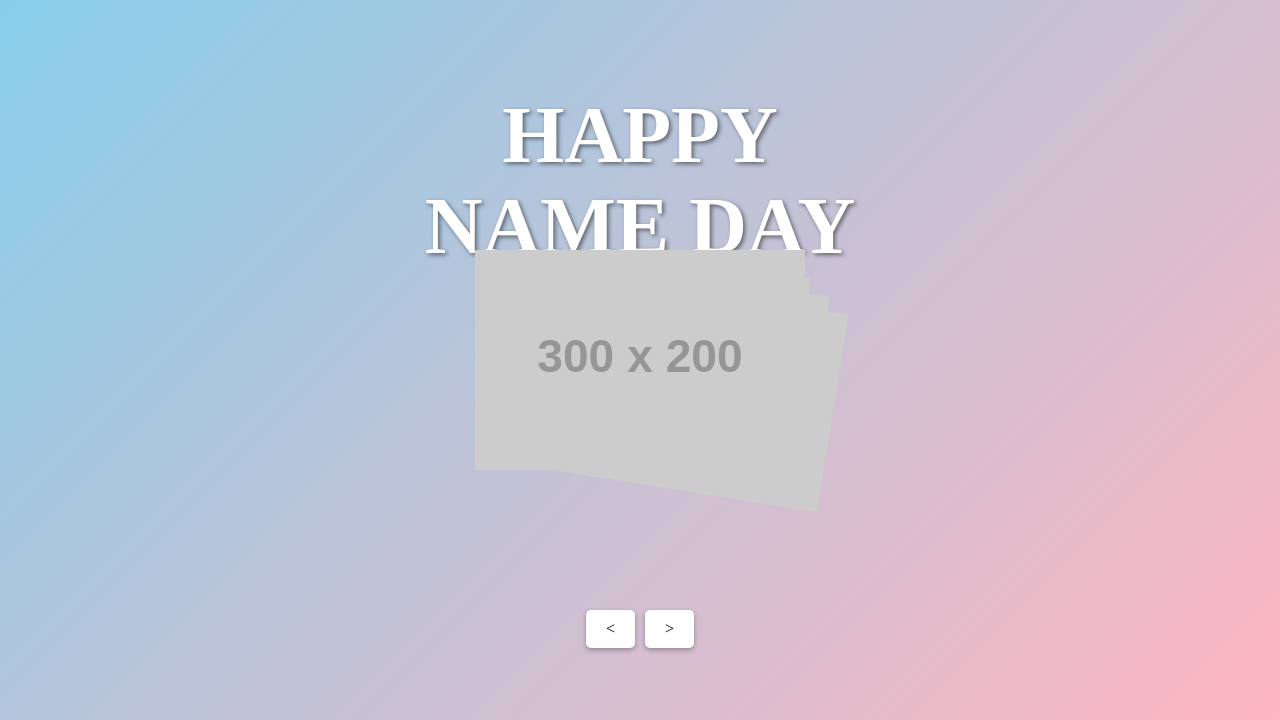
Repository: naps00/BIRTHDAY
Page: /details
The author's editor kept a copy of each file at every save. The page is drawn from the files as they stood at one save, then again after the next save.
The browser window is 1280 px wide. The pictures show the whole page.
The project was rebuilt for these pictures with package versions that can differ from the ones it lists, and the page was loaded fresh each time.

Above is the page before, as saved 2024-12-12 17:08:27.

After the next save:
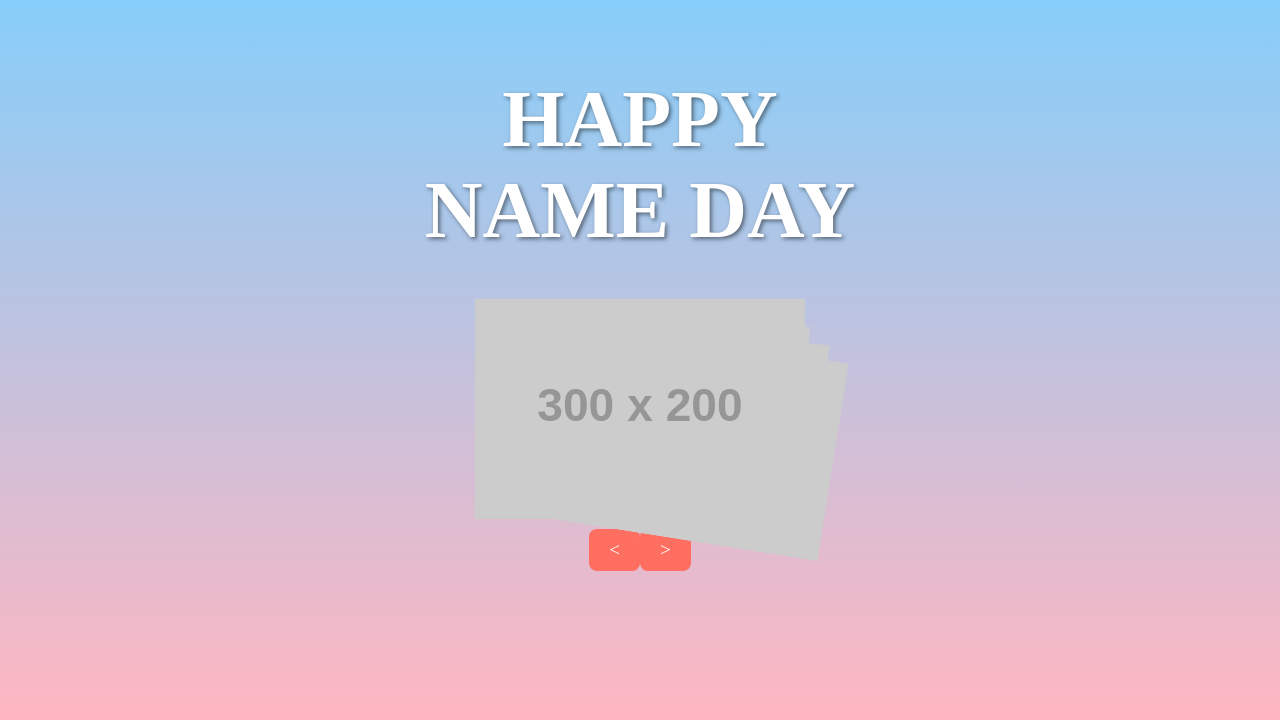
Saved 4 min 24 s later.
--- a/src/details.css
+++ b/src/details.css
@@ -1,22 +1,29 @@
 .details-page {
-  position: relative;
+  display: flex;
+  flex-direction: column; /* จัดเรียงแนวตั้ง */
+  align-items: center;
+  justify-content: flex-start;
   height: 100vh;
-  background: linear-gradient(135deg, #87CEEB, #FFB6C1); /* สีฟ้าชมพู */
-  display: flex;
-  justify-content: center;
-  align-items: center;
+  background: linear-gradient(to bottom, #87CEFA, #FFB6C1); /* พื้นหลังฟ้า-ชมพู */
   overflow: hidden;
 }
 
 .header-text {
-  position: absolute;
-  top: 5%;
+  text-align: center;
+  margin-top: 20px; /* ระยะห่างจากด้านบน */
+  color: white;
+  text-shadow: 2px 2px 4px rgba(0, 0, 0, 0.5);
+  font-size: 2.5rem;
+}
+
+.card-container {
+  flex: 1; /* ใช้พื้นที่ที่เหลือ */
+  display: flex;
+  flex-direction: column;
+  align-items: center;
+  justify-content: center;
+  position: relative;
   width: 100%;
-  text-align: center;
-  color: white;
-  font-size: 2.5rem;
-  font-weight: bold;
-  text-shadow: 2px 2px 4px rgba(0, 0, 0, 0.5);
 }
 
 .card-stack {
@@ -26,24 +33,5 @@
 }
 
 .controls {
-  position: absolute;
-  bottom: 10%;
-  display: flex;
-  gap: 10px;
+  margin-top: 20px;
 }
-
-.controls button {
-  padding: 10px 20px;
-  font-size: 1rem;
-  cursor: pointer;
-  border: none;
-  border-radius: 5px;
-  background-color: white;
-  color: black;
-  box-shadow: 0 2px 5px rgba(0, 0, 0, 0.3);
-  transition: background-color 0.3s;
-}
-
-.controls button:hover {
-  background-color: lightgray;
-}
